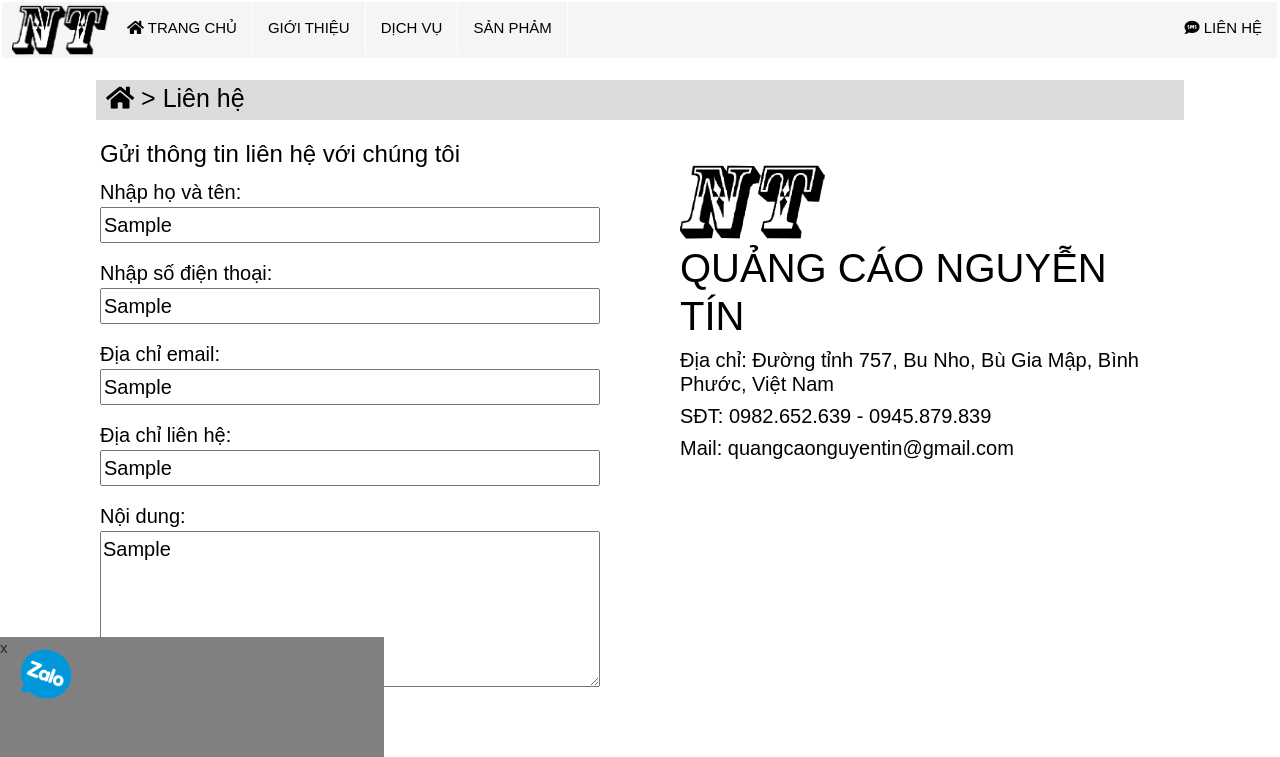
Repository: Haunguyen42193/quangcaonguyentin.github.io
Page: contact.html
An editor plug-in stored every save of this project. The page is shown before and after the next save, followed by the edit.
The browser window is 1280 px wide. The pictures show the part of the page from y = 0 to 757 px (the page is 1526 px tall).
Empty fields were first filled with sample values (such as "Sample", 5 or name@example.com).
After loading, the first visible `#submit` was clicked once.
Pictures or frames that could not be fetched are drawn as grey boxes. Some web fonts or font styles are not loaded; a fallback is used. Some web libraries are served in a nearby version.

Above is the page before, as saved 2021-09-17 17:17:17.

After the next save:
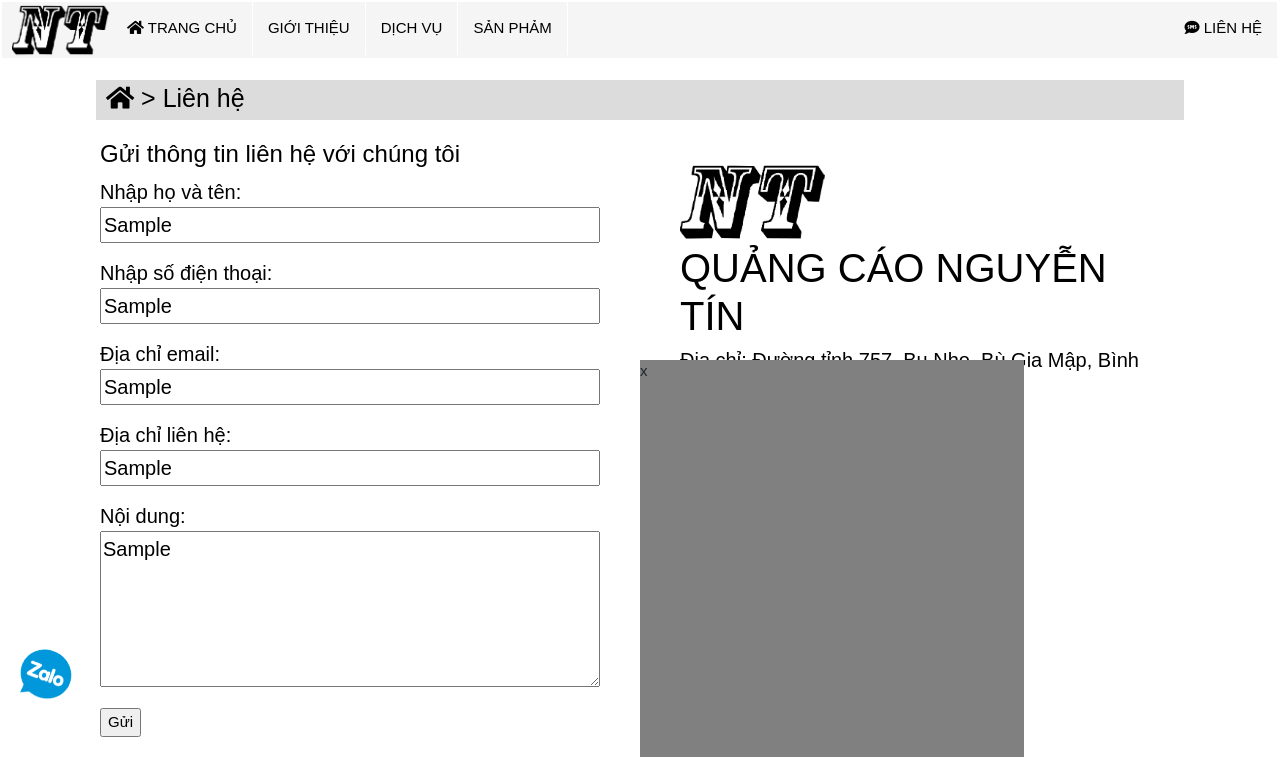
Saved 28 s later.
--- a/CSS/stylecontact.css
+++ b/CSS/stylecontact.css
@@ -268,7 +268,8 @@
     height: 400px;
     background-color: grey;
     z-index: 99;
-    margin: 0 auto;
+    top: 50%;
+    left:50%
 }
 /*contact-map*/
 .google-map-contact iframe{
